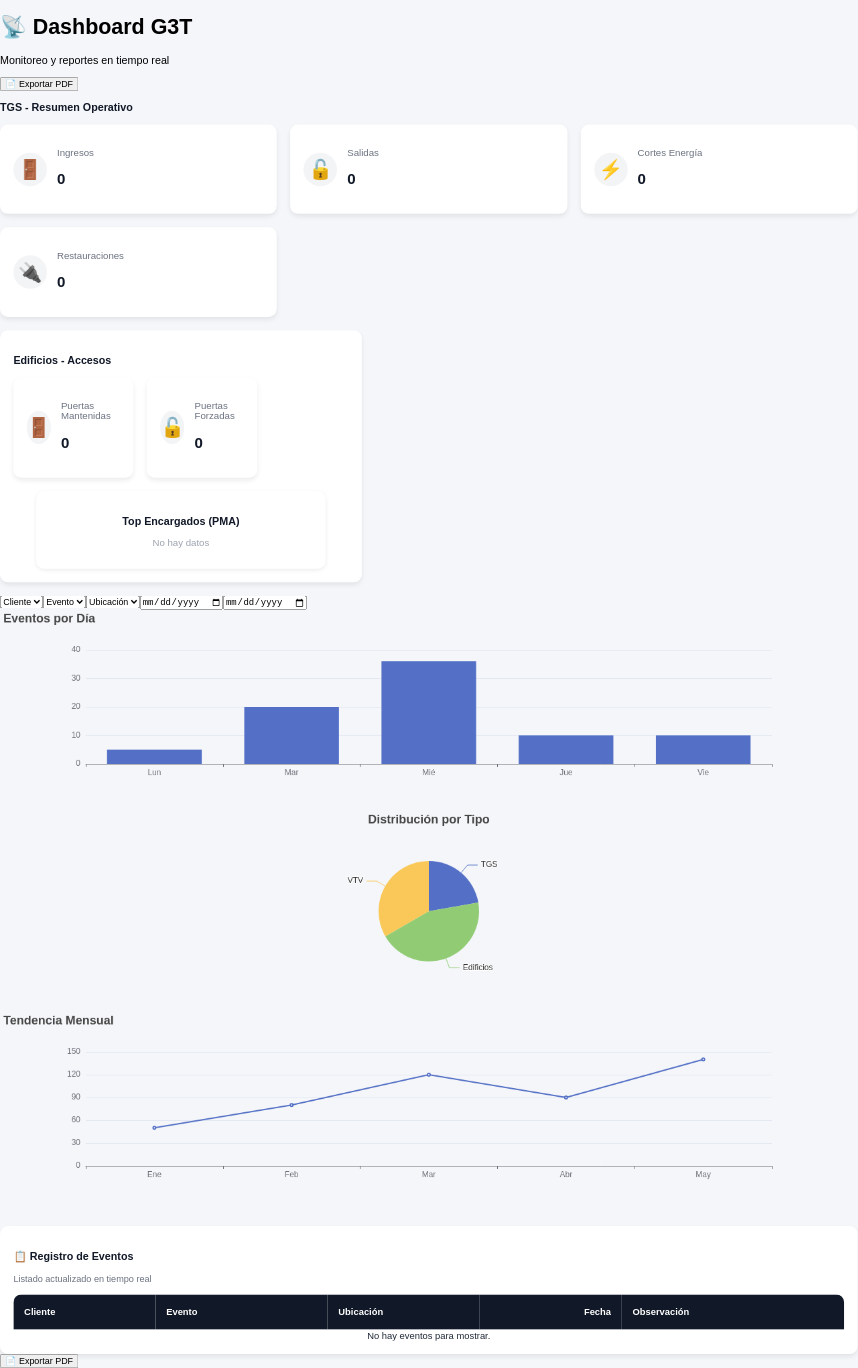
Repository: BBrian11/reportes
Page: /
An editor plug-in stored every save of this project. The page is shown before and after the next save, followed by the edit.
The browser window is 1280 px wide. The pictures show the whole page, at 67% of full size.
The page's requests for data from a server got no answer. The project was rebuilt for these pictures with package versions that can differ from the ones it lists, and the page was loaded fresh each time. No one was signed in, and anything a server would have sent is missing. Also part of the build but not shown: vite.config.js, src/components/Dashboard/StatsCards.jsx, src/styles/form.css.

Above is the page before, as saved 2025-07-29 16:41:01.

After the next save:
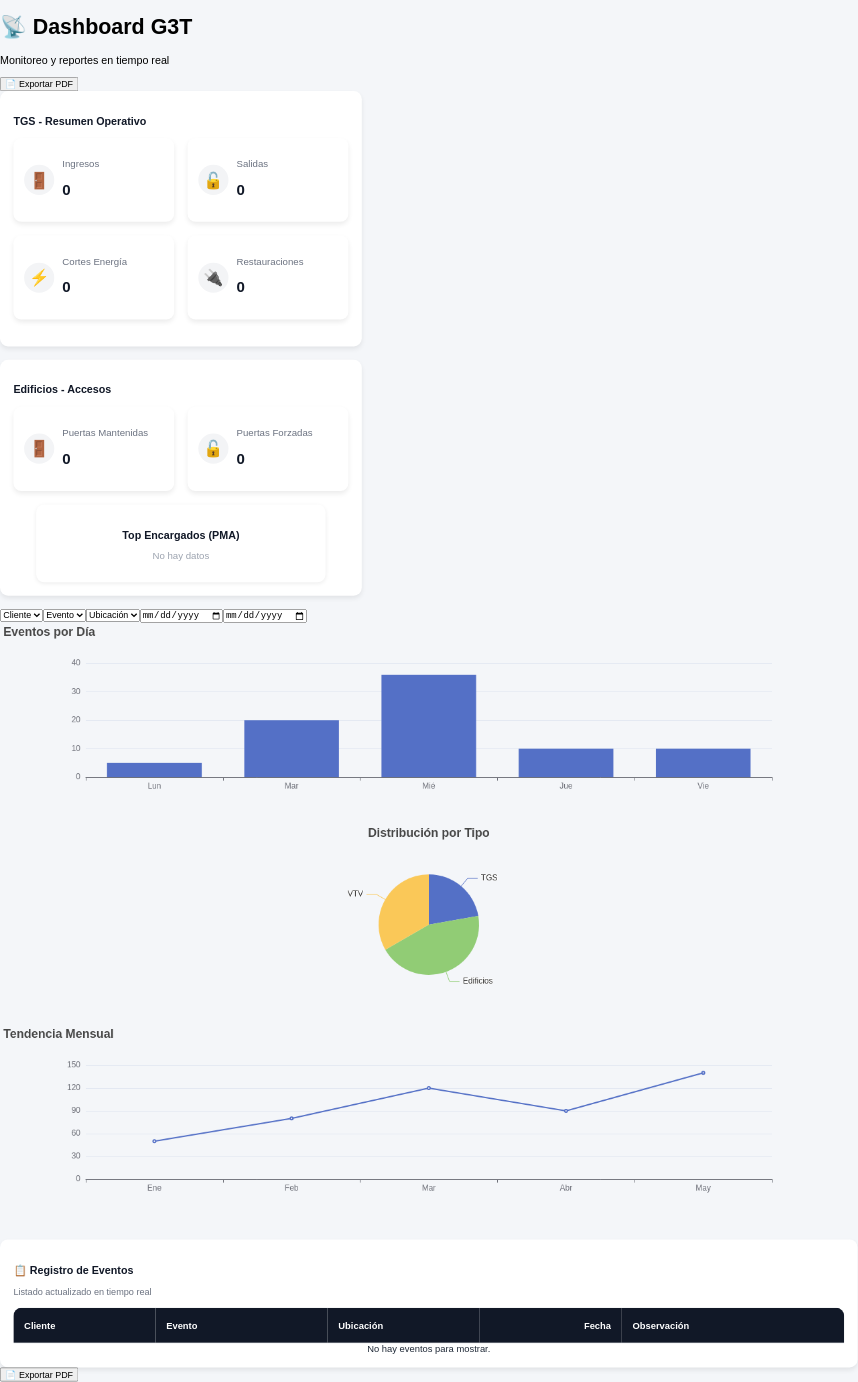
Saved 115 s later.
--- a/src/styles/tgsstats.css
+++ b/src/styles/tgsstats.css
@@ -1,49 +1,62 @@
-.section-title {
+.tgs-card {
+    background: #fff;
+    border-radius: 12px;
+    padding: 20px;
+    margin-bottom: 20px;
+    box-shadow: 0 4px 8px rgba(0,0,0,0.08);
+    max-width: 500px; /* ✅ Para que no ocupe todo el ancho */
+  }
+
+  .section-title {
     font-size: 1rem;
     font-weight: bold;
     margin-bottom: 16px;
     color: #111827;
   }
 
+  /* Grid interna */
   .stats-grid {
     display: grid;
-    grid-template-columns: 1fr;
+    grid-template-columns: 1fr 1fr;
     gap: 20px;
   }
 
   @media (min-width: 768px) {
     .stats-grid {
-      grid-template-columns: repeat(3, 1fr);
+      grid-template-columns: repeat(2, 1fr);
     }
   }
 
+  /* Tarjetas */
   .stats-card {
     background: #fff;
-    padding: 20px;
+    padding: 16px;
     border-radius: 12px;
-    box-shadow: 0 4px 8px rgba(0, 0, 0, 0.08);
+    box-shadow: 0 4px 8px rgba(0,0,0,0.08);
     display: flex;
     align-items: center;
-    gap: 15px;
+    gap: 12px;
     transition: transform 0.2s ease, box-shadow 0.2s ease;
   }
 
   .stats-card:hover {
     transform: translateY(-4px);
-    box-shadow: 0 8px 16px rgba(0, 0, 0, 0.12);
+    box-shadow: 0 8px 16px rgba(0,0,0,0.12);
   }
 
+  /* Iconos */
   .stats-icon {
-    font-size: 1.8rem;
+    font-size: 1.5rem;
     background: #f3f4f6;
     border-radius: 50%;
-    width: 50px;
-    height: 50px;
+    width: 45px;
+    height: 45px;
     display: flex;
     align-items: center;
     justify-content: center;
   }
 
+  /* Texto */
   .stats-title {
     font-size: 0.9rem;
     color: #6b7280;
